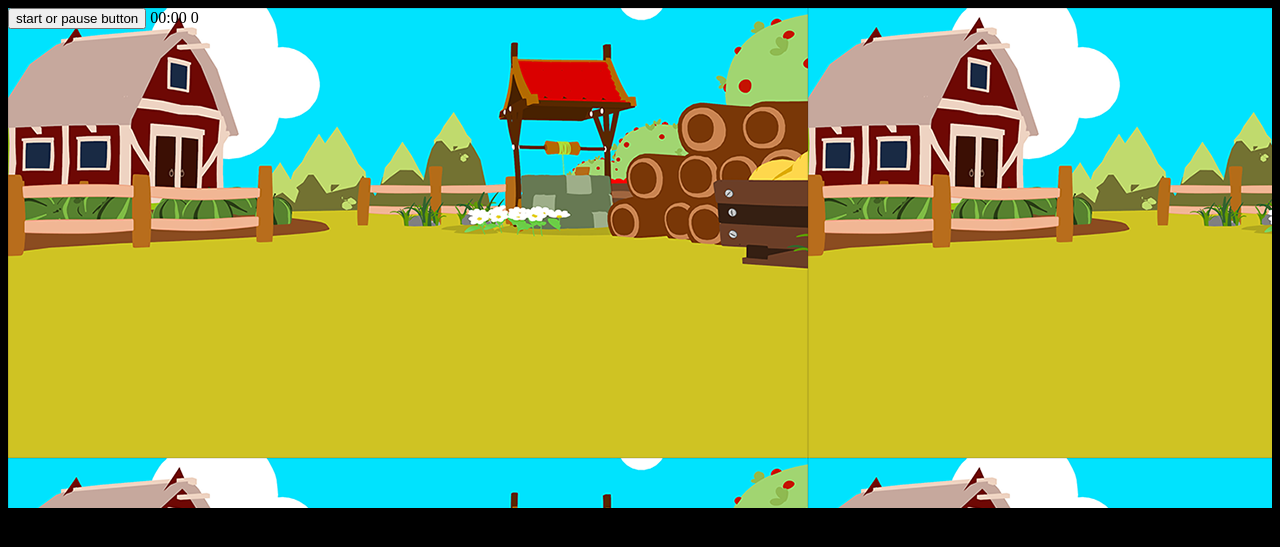
Repository: rladpwl0512/dreamcoding_browser101
Page: (7) catch-carrot-game/catch carrot/index.html
The author's editor kept a copy of each file at every save. The page is drawn from the files as they stood at one save, then again after the next save.
The browser window is 1280 px wide. The pictures show the whole page.

Above is the page before, as saved 2021-10-06 19:06:46.

### (7) catch-carrot-game/catch carrot/index.html
<!DOCTYPE html>
<html lang="en">
<head>
  <meta charset="UTF-8">
  <meta http-equiv="X-UA-Compatible" content="IE=edge">
  <meta name="viewport" content="width=device-width, initial-scale=1.0">
  <link rel="stylesheet" href="./style.css">
  <scrip src="./main.js" defer></script>
  <title>🥕catch carrot</title>
</head>
<body>
  <div class="background">
    <button class="btn">
      <span class="blind">start or pause button</span>
    </button>
    <span class="timer">00:00</span>
    <span class="count">0</span>
  </div>
</body>
</html>

### (7) catch-carrot-game/catch carrot/style.css
@charset "UTF-8";

body {
  background-color: black;
}

.background {
  background-image: url(./img/background.png);
  width: 100%;
  height: 500px;
}

After the next save:
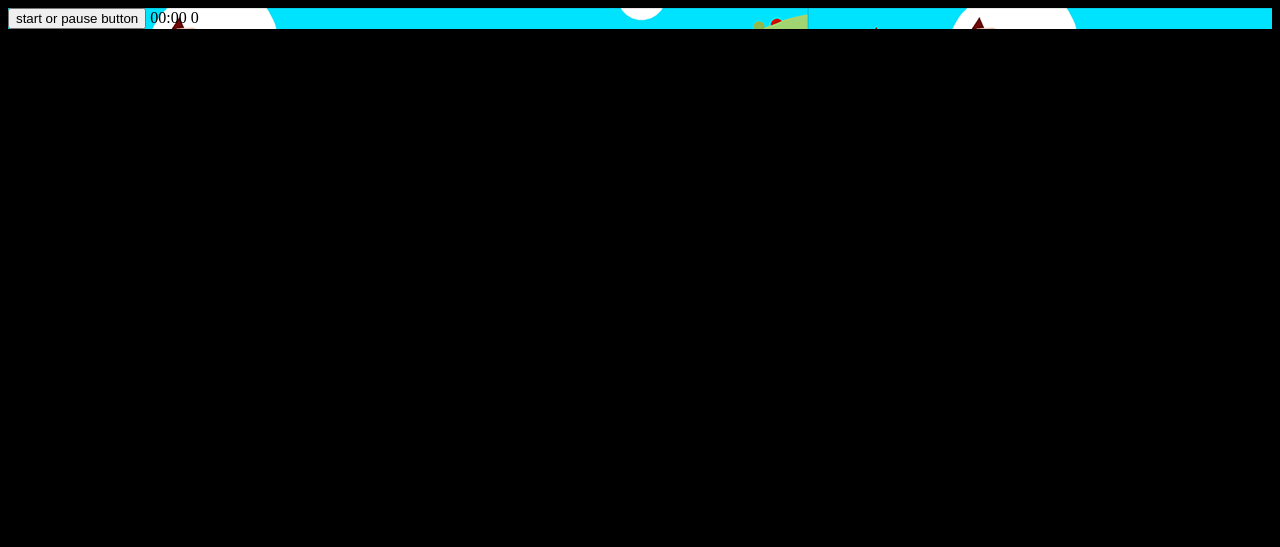
Saved 8 s later.
--- a/(7) catch-carrot-game/catch carrot/style.css
+++ b/(7) catch-carrot-game/catch carrot/style.css
@@ -6,6 +6,5 @@
 
 .background {
   background-image: url(./img/background.png);
-  width: 100%;
-  height: 500px;
+
 }
